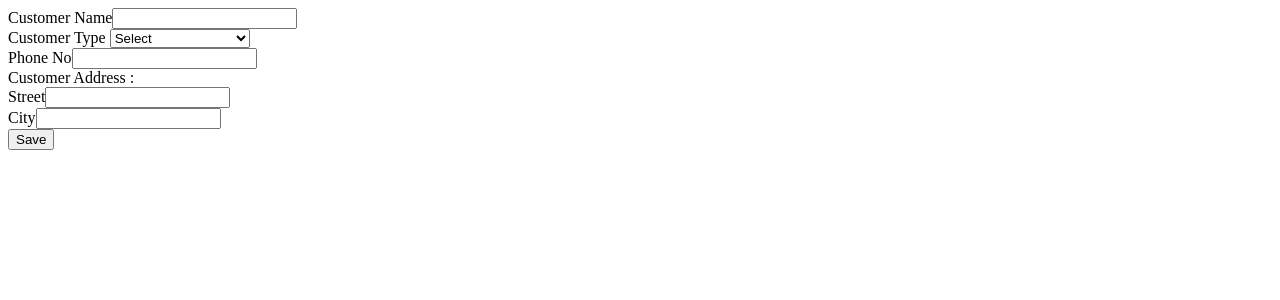
Repository: Mahesh2114/Project
Page: http://localhost/bms/save.jsp
These files come from the project's save history. The page is drawn as it stood at one moment and after the next save; the edit follows.
The browser window is 1280 px wide. The pictures show the whole page.
The page is served by Tomcat 9.

Above is the page before, as saved 2021-12-05 07:55:59.

After the next save:
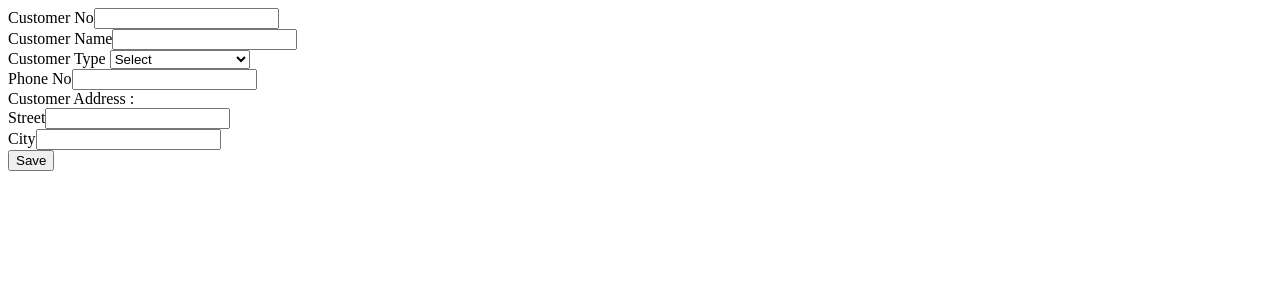
Saved 3 min 57 s later.
--- a/Project1/bms/src/main/webapp/save.jsp
+++ b/Project1/bms/src/main/webapp/save.jsp
@@ -9,6 +9,9 @@
 <body>
 	<form action="/save" method="post">
 
+        <div>
+			<label>Customer No</label><input type="text" name="cid">
+		</div>
 		<div>
 			<label>Customer Name</label><input type="text" name="name">
 		</div>
